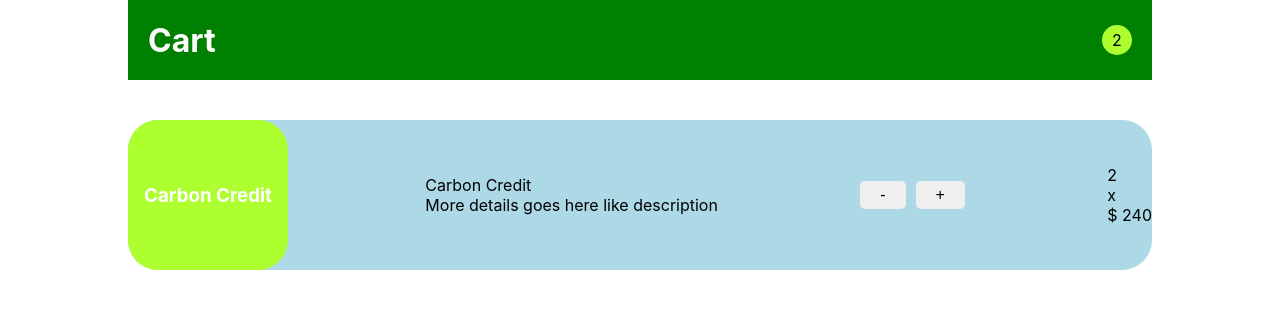
Repository: Yowani24/CarbonApp
Page: /cart
An editor plug-in stored every save of this project. The page is shown before and after the next save, followed by the edit.
The browser window is 1280 px wide. The pictures show the whole page.
The project was rebuilt for these pictures with package versions that can differ from the ones it lists, and the page was loaded fresh each time. The framework's server and built-in components were replaced by stand-ins that run in the browser. Also part of the build but not shown: next.config.js.

Above is the page before, as saved 2021-09-26 20:32:37.

After the next save:
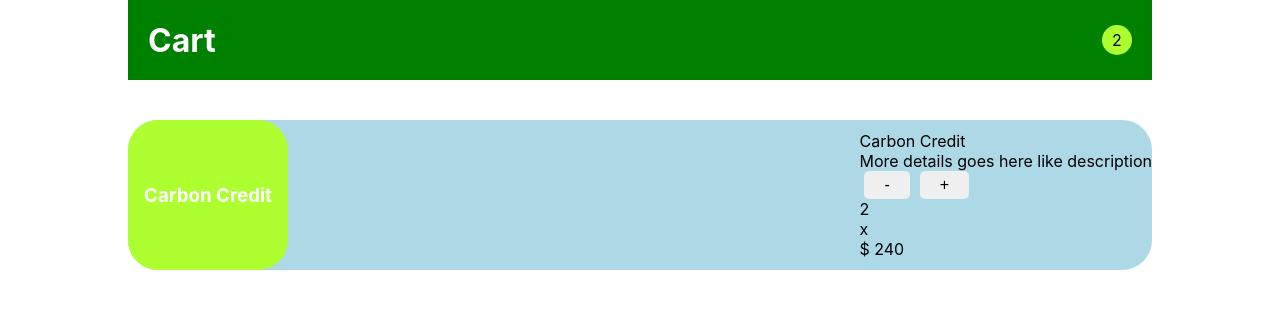
Saved 2 min 15 s later.
--- a/pages/cart/index.js
+++ b/pages/cart/index.js
@@ -26,20 +26,22 @@ export default function Cart(props) {
                               <h3>Carbon Credit</h3>
                           </div>
 
-                          <div className={styles.description}>
-                              <p>Carbon Credit</p>
-                              <p>More details goes here like description</p>
-                          </div>
+                          <div className={styles.product_info}>
+                            <div className={styles.description}>
+                                <p>Carbon Credit</p>
+                                <p>More details goes here like description</p>
+                            </div>
 
-                          <div className={styles.quantity_controls}>
-                              <button>-</button>
-                              <button>+</button>
-                          </div>
+                            <div className={styles.quantity_controls}>
+                                <button>-</button>
+                                <button>+</button>
+                            </div>
 
-                          <div className={styles.current_money}>
-                              <p>2</p>
-                              <span>x</span>
-                              <p>$ 240</p>
+                            <div className={styles.current_money}>
+                                <p>2</p>
+                                <span>x</span>
+                                <p>$ 240</p>
+                            </div>
                           </div>
                       </div>
                   </div>
